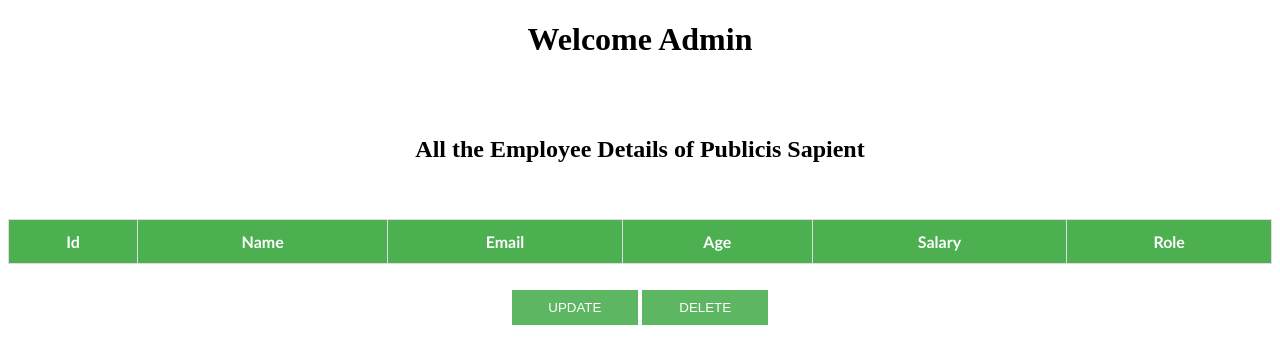
Repository: elizasharon/sprint-3-back-end
Page: http://localhost/SpringMVC2.0/WEB-INF/views/admin.jsp
These files come from the project's save history. The page is drawn as it stood at one moment and after the next save; the edit follows.
The browser window is 1280 px wide. The pictures show the whole page.
The page is served by Tomcat 9. Nobody is signed in. Other server files are loaded and not shown. The template is opened directly, without the code that normally fills it, so the values that code supplies are empty.

Above is the page before, as saved 2019-07-17 04:01:11.

### Java_Eclipse_Workspace/SpringMVC2.0/src/main/webapp/WEB-INF/views/admin.jsp
<%@ page language="java" contentType="text/html; charset=UTF-8"
    pageEncoding="UTF-8" isELIgnored="false" %>
<!DOCTYPE html>
<html>
<head>
<meta charset="UTF-8">
<title>Admin Page</title>
<style>
/* Set a style for all buttons */
button {
text-align:center;
  background-color: #4CAF50;
  color: white;
  padding: 10px 0;
  margin: 8px 0;
  border: none;
  cursor: pointer;
  width: 60%;
  opacity: 0.9;
}

button:hover {
  opacity:1;
}

/* Float cancel and signup buttons and add an equal width */
.signupbtn {
  width: 10%;
}

/* Add padding to container elements */
.container {
  padding: 16px;
}

/* Clear floats */
.clearfix::after {
  content: "";
  clear: both;
  display: table;
}
#employee {
  font-family: "Trebuchet MS", Arial, Helvetica, sans-serif;
  border-collapse: collapse;
  width: 100%;
}

#employee td, #employee th {
  border: 1px solid #ddd;
  padding: 8px;
}

#employee tr:nth-child(even){background-color: #f2f2f2;}

#employee tr:hover {background-color: #ddd;}

#employee th {
  padding-top: 12px;
  padding-bottom: 12px;
  text-align: center;
  background-color: #4CAF50;
  color: white;
}
</style>
</head>
<body style="text-align:center;">
	<%@ taglib prefix="c" uri="http://java.sun.com/jsp/jstl/core" %>

<h1>Welcome Admin</h1>
<br><br>
	<h2>All the Employee Details of Publicis Sapient</h2>
	<br>
	<br>
	<table border="1" style="margin-left: auto; margin-right: auto;" id="employee">
		<tr>
			<th>Id</th>
			<th>Name</th>
			<th>Email</th>
			<th>Age</th>
			<th>Salary</th>
			<th>Role</th>
		</tr>
		<c:forEach items="${emplist}" var="emp">
			<tr>
				<td>${emp.id}</td>
				<td>${emp.name}</td>
				<td>${emp.email}</td>
				<td>${emp.age}</td>
				<td>${emp.salary}</td>
				<td>${emp.role}</td>
			</tr>
		</c:forEach>
	</table>
	<br>
	 <div class="clearfix">
  		<a href="update"><button type="button" class="signupbtn">UPDATE</button></a>
   		<a href="delete"><button type="button" class="signupbtn">DELETE</button></a>
    </div>

</body>
</html>

After the next save:
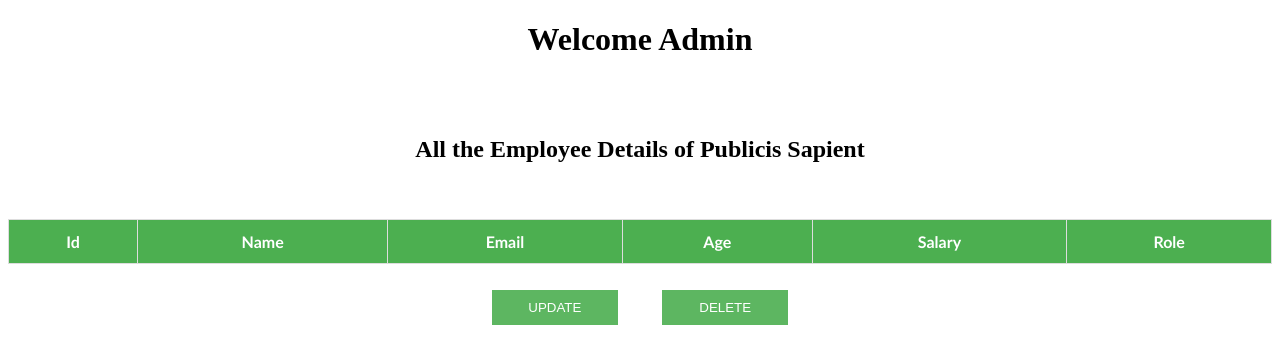
Saved 18 s later.
--- a/Java_Eclipse_Workspace/SpringMVC2.0/src/main/webapp/WEB-INF/views/admin.jsp
+++ b/Java_Eclipse_Workspace/SpringMVC2.0/src/main/webapp/WEB-INF/views/admin.jsp
@@ -12,7 +12,7 @@
   background-color: #4CAF50;
   color: white;
   padding: 10px 0;
-  margin: 8px 0;
+  margin: 8px 20px;
   border: none;
   cursor: pointer;
   width: 60%;
